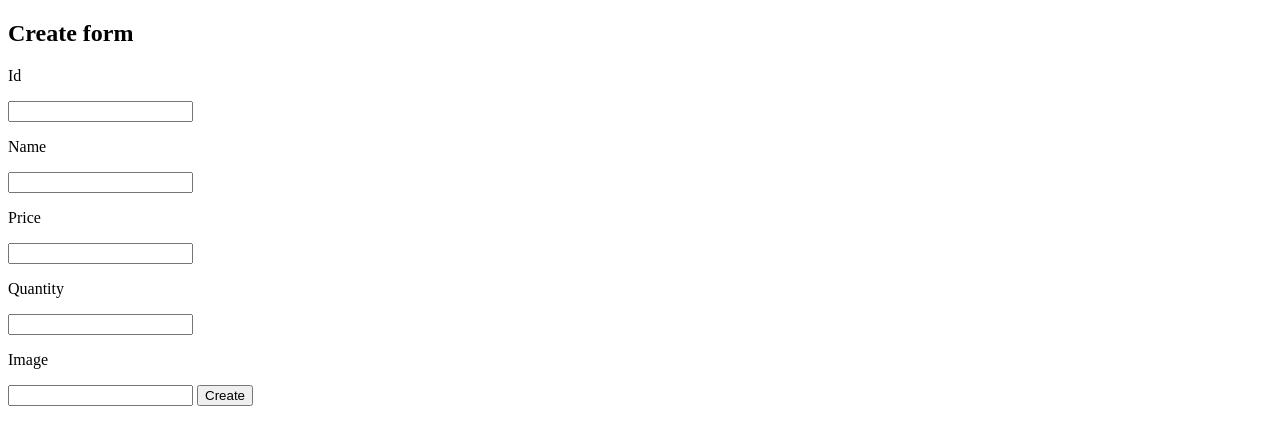
Repository: hongquan16101995/servlet-jw0124
Page: http://localhost/demo/category/create.jsp
These files come from the project's save history. The page is drawn as it stood at one moment and after the next save; the edit follows.
The browser window is 1280 px wide. The pictures show the whole page.
The page is served by Tomcat 9. Other server files are loaded and not shown.

Above is the page before, as saved 2024-05-09 13:40:19.

### demo/src/main/webapp/category/create.jsp
<%@ page language="java" contentType="text/html; charset=ISO-8859-1"
    pageEncoding="ISO-8859-1"%>
<!DOCTYPE html>
<html>
<head>
<meta charset="ISO-8859-1">
<title>Insert title here</title>
</head>
<body>
<h2>Create form</h2>
<form action="/demo/products?action=createPost" method="post">
	<p>Id</p>
	<input name="id">
	<p>Name</p>
	<input name="name">
	<p>Price</p>
	<input name="price">
	<p>Quantity</p>
	<input name="quantity">
	<p>Image</p>
	<input name="image">
	<button type="submit">Create</button>
</form>
</body>
</html>

After the next save:
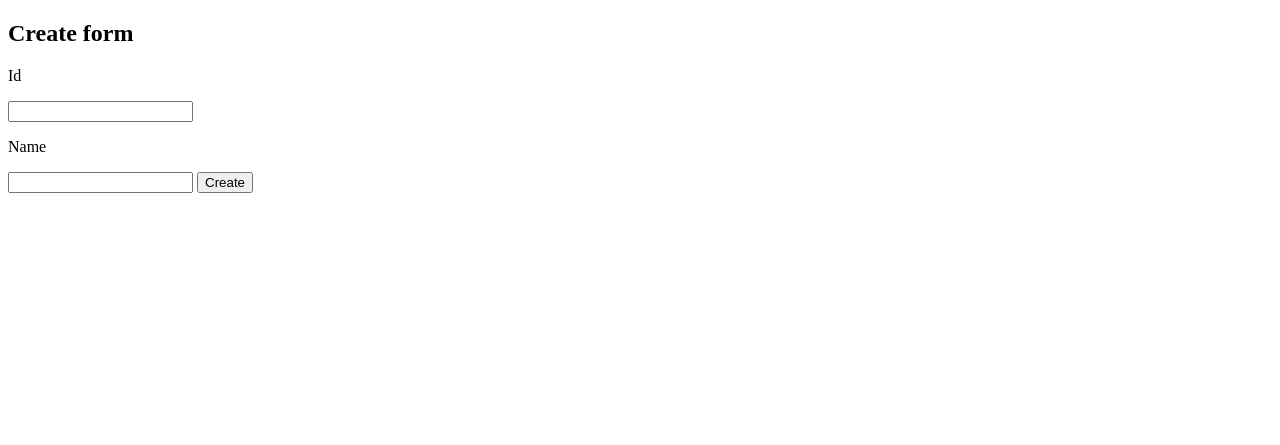
Saved 1 s later.
--- a/demo/src/main/webapp/category/create.jsp
+++ b/demo/src/main/webapp/category/create.jsp
@@ -8,17 +8,11 @@
 </head>
 <body>
 <h2>Create form</h2>
-<form action="/demo/products?action=createPost" method="post">
+<form action="/demo/categories?action=createPost" method="post">
 	<p>Id</p>
 	<input name="id">
 	<p>Name</p>
 	<input name="name">
-	<p>Price</p>
-	<input name="price">
-	<p>Quantity</p>
-	<input name="quantity">
-	<p>Image</p>
-	<input name="image">
 	<button type="submit">Create</button>
 </form>
 </body>
